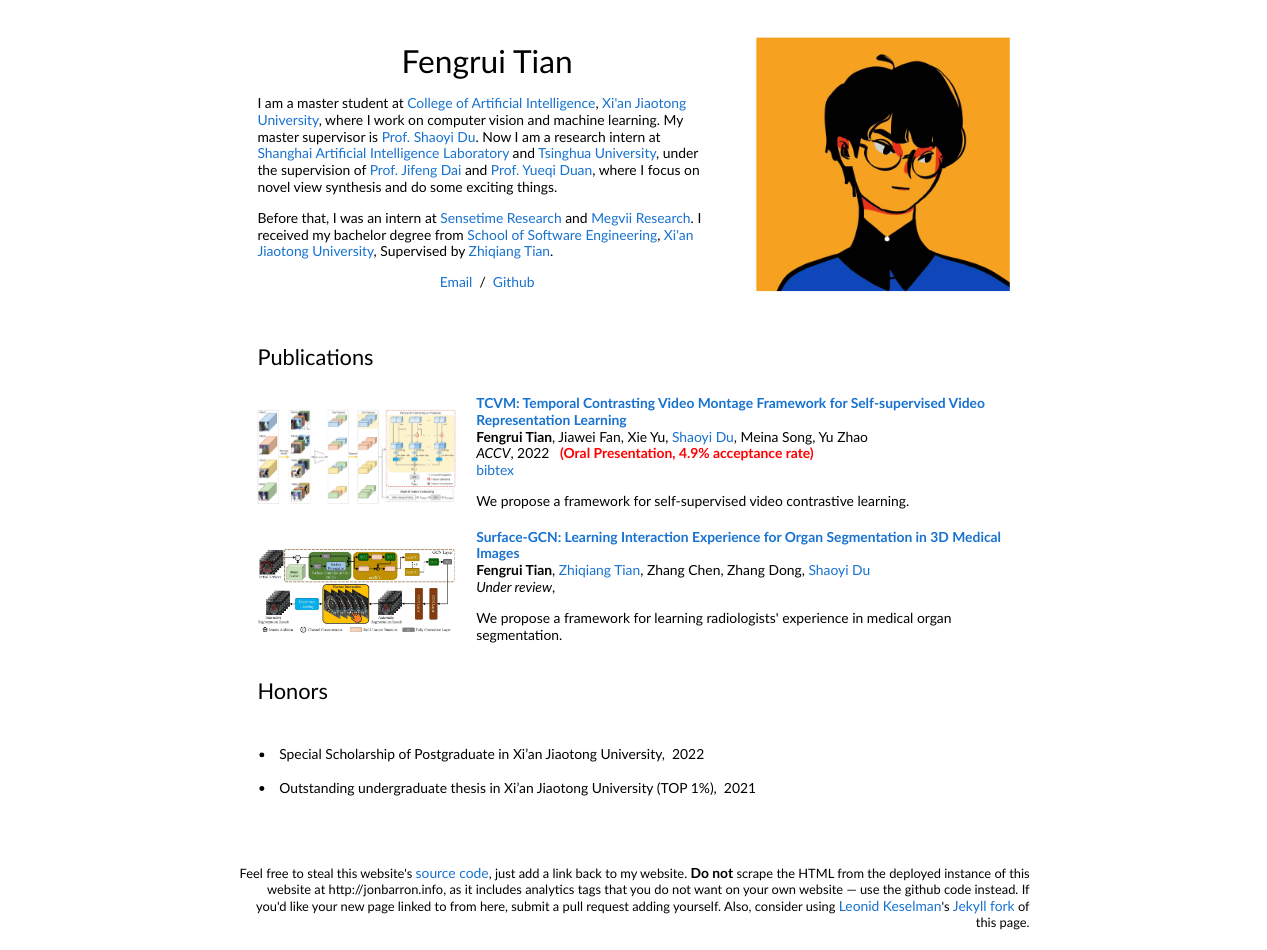
Repository: tianfr/tianfr.github.io
Page: index.html
An editor plug-in stored every save of this project. The page is shown before and after the next save, followed by the edit.
The browser window is 1280 px wide. The pictures show the whole page, at 99% of full size.

Above is the page before, as saved 2022-11-20 15:39:54.

### index.html
<!DOCTYPE HTML>
<html lang="en"><head><meta http-equiv="Content-Type" content="text/html; charset=UTF-8">

  <title>Fengrui Tian</title>

  <meta name="author" content="Fengrui Tian">
  <meta name="viewport" content="width=device-width, initial-scale=1">

  <link rel="stylesheet" type="text/css" href="stylesheet.css">
	<link rel="icon" href="data:[embedded picture, 141 characters]">
</head>

<body>
  <table style="width:100%;max-width:800px;border:0px;border-spacing:0px;border-collapse:separate;margin-right:auto;margin-left:auto;"><tbody>
    <tr style="padding:0px">
      <td style="padding:0px">
        <table style="width:100%;border:0px;border-spacing:0px;border-collapse:separate;margin-right:auto;margin-left:auto;"><tbody>
          <tr style="padding:0px">
            <td style="padding:2.5%;width:63%;vertical-align:middle">
              <p style="text-align:center">
                <name>Fengrui Tian</name>
              </p>
              <p>I am a master student at <a href="http://iair.xjtu.edu.cn/">College of Artificial Intelligence</a>, <a href="http://www.xjtu.edu.cn/">Xi'an Jiaotong University</a>, where I work on computer vision and machine learning. My master supervisor is <a href="https://gr.xjtu.edu.cn/en/web/dushaoyi/home">Prof. Shaoyi Du</a>. Now I am a research intern at <a href="https://www.shlab.org.cn/">Shanghai Artificial Intelligence Laboratory</a> and <a href="https://www.tsinghua.edu.cn/">Tsinghua University</a>, under the supervision of <a href="https://jifengdai.org/">Prof. Jifeng Dai</a> and  <a href="https://duanyueqi.github.io/">Prof. Yueqi Duan</a>, where I focus on novel view synthesis and do some exciting things.
              </p>
              <p> Before that, I was an intern at <a href="https://www.sensetime.com/">Sensetime Research</a> and
                <a href="https://www.megvii.com/">Megvii Research</a>. I received my bachelor degree from  <a href="https://blog.google/products/google-ar-vr/introducing-next-generation-jump/">School of Software Engineering</a>, <a href="http://www.xjtu.edu.cn/">Xi'an Jiaotong University</a>, Supervised by <a href="https://gr.xjtu.edu.cn/en/web/zhiqiangtian/home">Zhiqiang Tian</a>.
              </p>
              <p style="text-align:center">
                <a href="mailto:tianfr@stu.xjtu.edu.cn">Email</a> &nbsp/&nbsp
                <!-- <a href="data/JonBarron-CV.pdf">CV</a> &nbsp/&nbsp -->
                <!-- <a href="data/JonBarron-bio.txt">Bio</a> &nbsp/&nbsp -->
                <!-- <a href="https://scholar.google.com/citations?hl=en&user=jktWnL8AAAAJ">Google Scholar</a> &nbsp/&nbsp -->
                <!-- <a href="https://twitter.com/jon_barron">Twitter</a> &nbsp/&nbsp -->
                <a href="https://github.com/tianfr/">Github</a>
              </p>
            </td>
            <td style="padding:2.5%;width:40%;max-width:40%">
              <a href="images/Fengrui_Tian_avatar.jpg"><img style="width:100%;max-width:100%" alt="profile photo" src="images/Fengrui_Tian_avatar.jpg" class="hoverZoomLink"></a>
            </td>
          </tr>
        <!-- </tbody></table>
        <table style="width:100%;border:0px;border-spacing:0px;border-collapse:separate;margin-right:auto;margin-left:auto;"><tbody>
            <tr>
            <td style="padding:20px;width:100%;vertical-align:middle">
              <heading>Research</heading>
              <p>
                I'm interested in computer vision, machine learning, optimization, and image processing. Much of my research is about inferring the physical world (shape, motion, color, light, etc) from images. Representative papers are <span class="highlight">highlighted</span>.
              </p>
            </td>
          </tr>
        </tbody></table> -->
        <table width="100%" align="center" border="0" cellspacing="0" cellpadding="20"><tbody>
          <tr>
            <td>
              <heading>Publications</heading>
            </td>
          </tr>
        </tbody></table>
        <table style="width:100%;border:0px;border-spacing:0px;border-collapse:separate;margin-right:auto;margin-left:auto;"><tbody>

          <tr onmouseout="dreamfusion_stop()" onmouseover="dreamfusion_start()">
            <td style="padding:20px;width:25%;vertical-align:middle">
              <img src="images/tcvm_overview.jpg" alt="prl" width="200" height="95">
            </td>
            <!-- <td style="padding:20px;width:25%;vertical-align:middle">
              <div class="one">
                <div class="two" id='dreamfusion_image'><video  width=100% height=100% muted autoplay loop>
                <source src="images/dreamfusion.mp4" type="video/mp4">
                Your browser does not support the video tag.
                </video></div>
                <img src='images/tcvm_overview.jpg' width="160">
              </div>
              <script type="text/javascript">
                function dreamfusion_start() {
                  document.getElementById('dreamfusion_image').style.opacity = "1";
                }

                function dreamfusion_stop() {
                  document.getElementById('dreamfusion_image').style.opacity = "0";
                }
                dreamfusion_stop()
              </script>
            </td> -->
            <!-- <td style="padding:20px;width:75%;vertical-align:middle"> -->
            <td width="75%" valign="middle">
              <a href="paper/22accv_tcvm.pdf">
                <papertitle>TCVM: Temporal Contrasting Video Montage Framework for Self-supervised Video Representation Learning</papertitle>
              </a>
              <br>
              <strong>Fengrui Tian</strong>,
              Jiawei Fan,
              Xie Yu,
              <a href="https://gr.xjtu.edu.cn/en/web/dushaoyi/home">Shaoyi Du</a>,
              Meina Song,
              Yu Zhao
              <br>
              <em>ACCV</em>, 2022 &nbsp <font color="red"><strong>(Oral Presentation, 4.9% acceptance rate)</strong></font>
              <br>
              <a href="data/accv22TCVM.bib">bibtex</a>
              <p></p>
              <p>
              We propose a framework for self-supervised video contrastive learning.
              </p>
            </td>
          </tr>


          <tr>
            <td style="padding:20px;width:25%;vertical-align:middle">
              <img src="images/surfacegcn.jpg" alt="prl" width="200" height="85">
            </td>
            <td width="75%" valign="middle">
              <a href="">
                <papertitle>Surface-GCN: Learning Interaction Experience for Organ Segmentation in 3D Medical Images</papertitle>
              </a>
              <br>
              <strong>Fengrui Tian</strong>,
              <a href="https://gr.xjtu.edu.cn/en/web/zhiqiangtian/home">Zhiqiang Tian</a>,
              Zhang Chen,
              Zhang Dong,
              <a href="https://gr.xjtu.edu.cn/en/web/dushaoyi/home">Shaoyi Du</a>
              <br>
              <em>Under review</em>,
              <br>
              <!-- <a href="data/BarronPRL2009.bib">bibtex</a> -->
              <p>We propose a framework for learning radiologists' experience in medical organ segmentation.</p>
            </td>
          </tr>

        </tbody></table>


        <table width="100%" align="center" border="0" cellspacing="0" cellpadding="20"><tbody>
          <tr>
            <td>
              <heading>Honors</heading>
            </td>
          </tr>
        </tbody></table>
        <table width="100%" align="center" border="0" cellpadding="20"><tbody>
          <tr>
            <td style="padding:20px;width:100%;vertical-align:middle">
              <li>Special Scholarship of Postgraduate in Xi’an Jiaotong University,&nbsp; 2022 </li> <br>
              <li>Outstanding undergraduate thesis in Xi’an Jiaotong University (TOP 1%),&nbsp; 2021 </li> <br>
          </td>

          </tr>


        </tbody></table>
        <table style="width:100%;border:0px;border-spacing:0px;border-collapse:separate;margin-right:auto;margin-left:auto;"><tbody>
          <tr>
            <td style="padding:0px">
              <br>
              <p style="text-align:right;font-size:small;">
                Feel free to steal this website's <a href="https://github.com/jonbarron/jonbarron_website">source code</a>,
                just add a link back to my website.
                <strong>Do not</strong> scrape the HTML from the deployed instance of this website at http://jonbarron.info,
                as it includes analytics tags that you do not want on your own website &mdash; use the github code instead.
                If you'd like your new page linked to from here, submit a pull request adding yourself.

                Also, consider using <a href="https://leonidk.com/">Leonid Keselman</a>'s <a href="https://github.com/leonidk/new_website">Jekyll fork</a> of this page.
              </p>
            </td>
          </tr>
        </tbody></table>
      </td>
    </tr>
  </table>
</body>

</html>

### stylesheet.css
/* latin-ext */
@font-face {
  font-family: 'Lato';
  font-style: italic;
  font-weight: 400;
  src: local('Lato Italic'), local('Lato-Italic'), url(https://fonts.gstatic.com/s/lato/v15/S6u8w4BMUTPHjxsAUi-qNiXg7eU0.woff2) format('woff2');
  unicode-range: U+0100-024F, U+0259, U+1E00-1EFF, U+2020, U+20A0-20AB, U+20AD-20CF, U+2113, U+2C60-2C7F, U+A720-A7FF;
}
/* latin */
@font-face {
  font-family: 'Lato';
  font-style: italic;
  font-weight: 400;
  src: local('Lato Italic'), local('Lato-Italic'), url(https://fonts.gstatic.com/s/lato/v15/S6u8w4BMUTPHjxsAXC-qNiXg7Q.woff2) format('woff2');
  unicode-range: U+0000-00FF, U+0131, U+0152-0153, U+02BB-02BC, U+02C6, U+02DA, U+02DC, U+2000-206F, U+2074, U+20AC, U+2122, U+2191, U+2193, U+2212, U+2215, U+FEFF, U+FFFD;
}
/* latin-ext */
@font-face {
  font-family: 'Lato';
  font-style: italic;
  font-weight: 700;
  src: local('Lato Bold Italic'), local('Lato-BoldItalic'), url(https://fonts.gstatic.com/s/lato/v15/S6u_w4BMUTPHjxsI5wq_FQftx9897sxZ.woff2) format('woff2');
  unicode-range: U+0100-024F, U+0259, U+1E00-1EFF, U+2020, U+20A0-20AB, U+20AD-20CF, U+2113, U+2C60-2C7F, U+A720-A7FF;
}
/* latin */
@font-face {
  font-family: 'Lato';
  font-style: italic;
  font-weight: 700;
  src: local('Lato Bold Italic'), local('Lato-BoldItalic'), url(https://fonts.gstatic.com/s/lato/v15/S6u_w4BMUTPHjxsI5wq_Gwftx9897g.woff2) format('woff2');
  unicode-range: U+0000-00FF, U+0131, U+0152-0153, U+02BB-02BC, U+02C6, U+02DA, U+02DC, U+2000-206F, U+2074, U+20AC, U+2122, U+2191, U+2193, U+2212, U+2215, U+FEFF, U+FFFD;
}
/* latin-ext */
@font-face {
  font-family: 'Lato';
  font-style: normal;
  font-weight: 400;
  src: local('Lato Regular'), local('Lato-Regular'), url(https://fonts.gstatic.com/s/lato/v15/S6uyw4BMUTPHjxAwXiWtFCfQ7A.woff2) format('woff2');
  unicode-range: U+0100-024F, U+0259, U+1E00-1EFF, U+2020, U+20A0-20AB, U+20AD-20CF, U+2113, U+2C60-2C7F, U+A720-A7FF;
}
/* latin */
@font-face {
  font-family: 'Lato';
  font-style: normal;
  font-weight: 400;
  src: local('Lato Regular'), local('Lato-Regular'), url(https://fonts.gstatic.com/s/lato/v15/S6uyw4BMUTPHjx4wXiWtFCc.woff2) format('woff2');
  unicode-range: U+0000-00FF, U+0131, U+0152-0153, U+02BB-02BC, U+02C6, U+02DA, U+02DC, U+2000-206F, U+2074, U+20AC, U+2122, U+2191, U+2193, U+2212, U+2215, U+FEFF, U+FFFD;
}
/* latin-ext */
@font-face {
  font-family: 'Lato';
  font-style: normal;
  font-weight: 700;
  src: local('Lato Bold'), local('Lato-Bold'), url(https://fonts.gstatic.com/s/lato/v15/S6u9w4BMUTPHh6UVSwaPGQ3q5d0N7w.woff2) format('woff2');
  unicode-range: U+0100-024F, U+0259, U+1E00-1EFF, U+2020, U+20A0-20AB, U+20AD-20CF, U+2113, U+2C60-2C7F, U+A720-A7FF;
}
/* latin */
@font-face {
  font-family: 'Lato';
  font-style: normal;
  font-weight: 700;
  src: local('Lato Bold'), local('Lato-Bold'), url(https://fonts.gstatic.com/s/lato/v15/S6u9w4BMUTPHh6UVSwiPGQ3q5d0.woff2) format('woff2');
  unicode-range: U+0000-00FF, U+0131, U+0152-0153, U+02BB-02BC, U+02C6, U+02DA, U+02DC, U+2000-206F, U+2074, U+20AC, U+2122, U+2191, U+2193, U+2212, U+2215, U+FEFF, U+FFFD;
}

a {
  color: #1772d0;
  text-decoration: none;
}

a:focus,
a:hover {
  color: #f09228;
  text-decoration: none;
}

body,
td,
th,
tr,
p,
a {
  font-family: 'Lato', Verdana, Helvetica, sans-serif;
  font-size: 14px
}

strong {
  font-family: 'Lato', Verdana, Helvetica, sans-serif;
  font-size: 14px;
}

heading {
  font-family: 'Lato', Verdana, Helvetica, sans-serif;
  font-size: 22px;
}

papertitle {
  font-family: 'Lato', Verdana, Helvetica, sans-serif;
  font-size: 14px;
  font-weight: 700
}

name {
  font-family: 'Lato', Verdana, Helvetica, sans-serif;
  font-size: 32px;
}

.one {
  width: 160px;
  height: 160px;
  position: relative;
}

.two {
  width: 160px;
  height: 160px;
  position: absolute;
  transition: opacity .2s ease-in-out;
  -moz-transition: opacity .2s ease-in-out;
  -webkit-transition: opacity .2s ease-in-out;
}

.fade {
  transition: opacity .2s ease-in-out;
  -moz-transition: opacity .2s ease-in-out;
  -webkit-transition: opacity .2s ease-in-out;
}

span.highlight {
  background-color: #ffffd0;
}

After the next save:
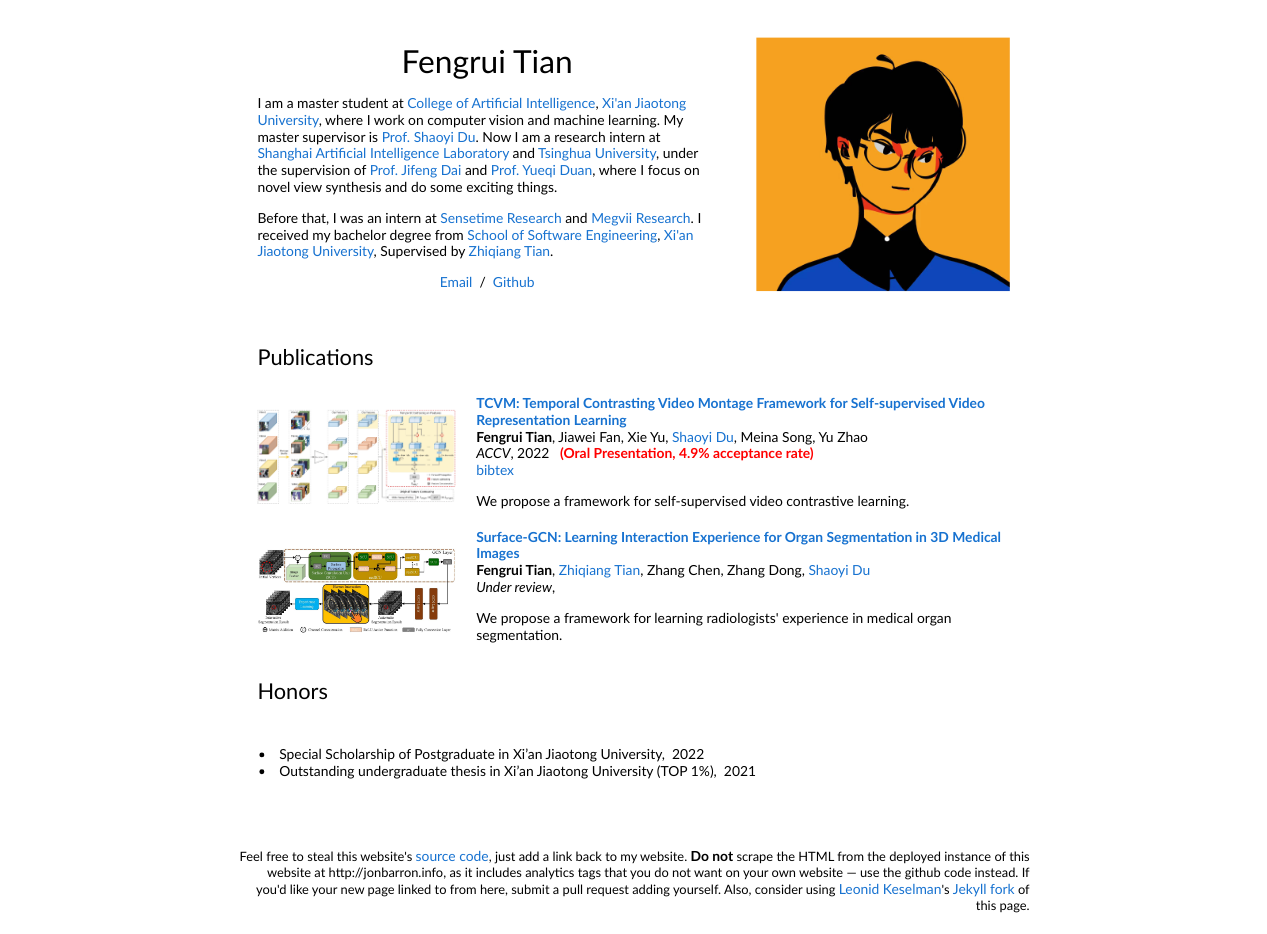
Saved 31 s later.
--- a/index.html
+++ b/index.html
@@ -140,7 +140,7 @@
         <table width="100%" align="center" border="0" cellpadding="20"><tbody>
           <tr>
             <td style="padding:20px;width:100%;vertical-align:middle">
-              <li>Special Scholarship of Postgraduate in Xi’an Jiaotong University,&nbsp; 2022 </li> <br>
+              <li>Special Scholarship of Postgraduate in Xi’an Jiaotong University,&nbsp; 2022 </li>
               <li>Outstanding undergraduate thesis in Xi’an Jiaotong University (TOP 1%),&nbsp; 2021 </li> <br>
           </td>
 

After the save that followed:
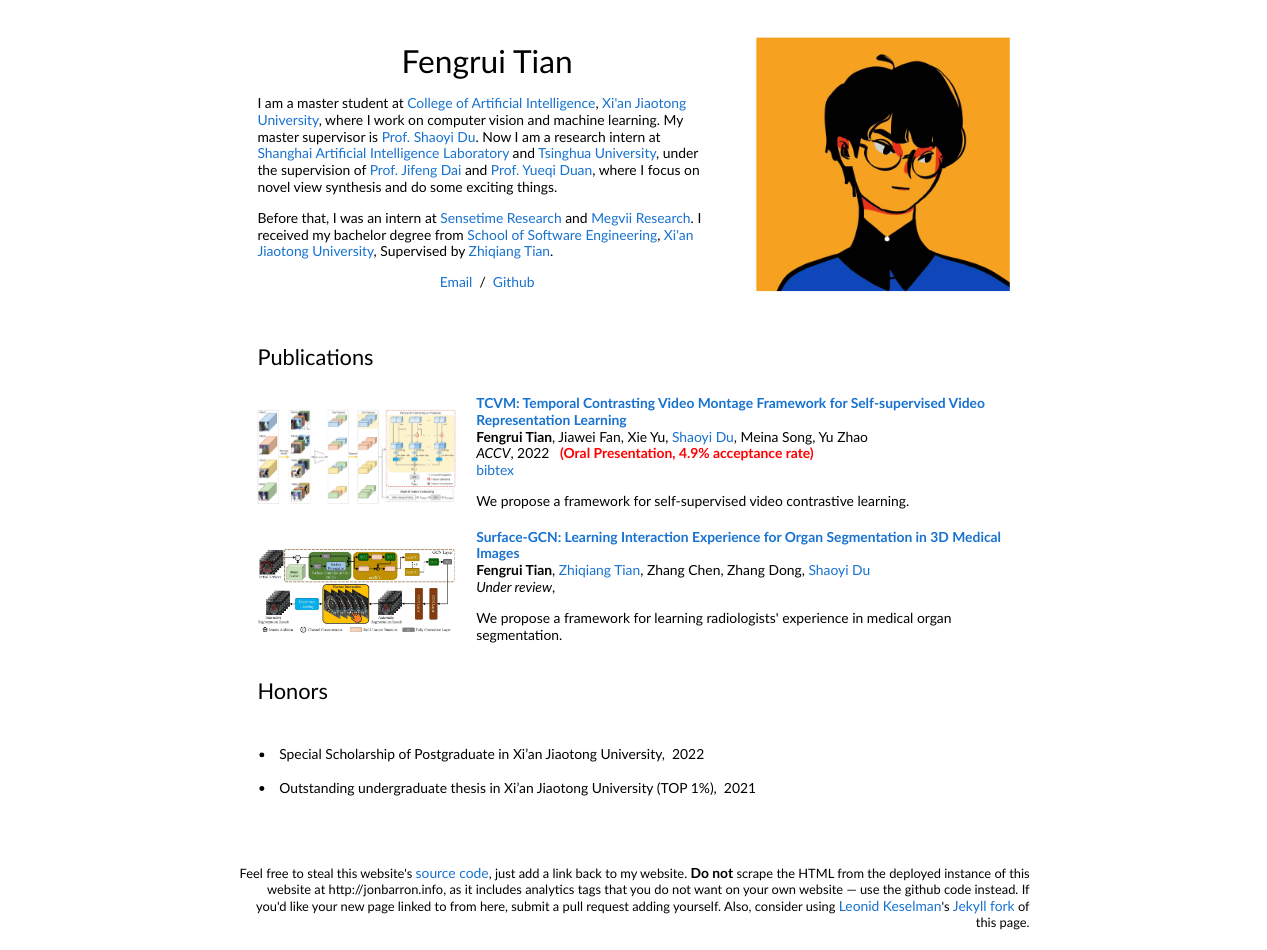
Saved 14 s later.
--- a/index.html
+++ b/index.html
@@ -140,7 +140,7 @@
         <table width="100%" align="center" border="0" cellpadding="20"><tbody>
           <tr>
             <td style="padding:20px;width:100%;vertical-align:middle">
-              <li>Special Scholarship of Postgraduate in Xi’an Jiaotong University,&nbsp; 2022 </li>
+              <li>Special Scholarship of Postgraduate in Xi’an Jiaotong University,&nbsp; 2022 </li> <br>
               <li>Outstanding undergraduate thesis in Xi’an Jiaotong University (TOP 1%),&nbsp; 2021 </li> <br>
           </td>
 
